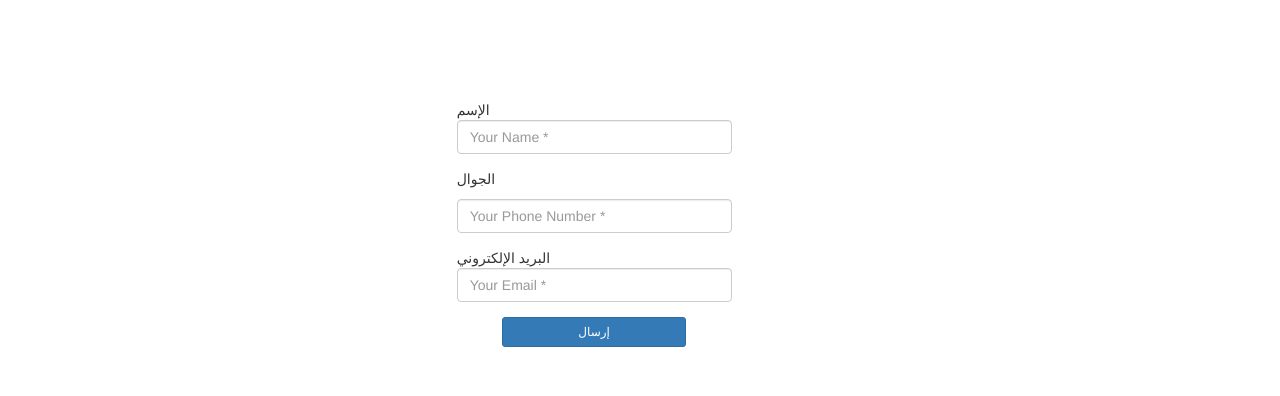
Repository: Abdaljawad-Aya/Itbeep-task
Page: http://localhost/form-user
These files come from the project's save history. The page is drawn as it stood at one moment and after the next save; the edit follows.
The browser window is 1280 px wide. The pictures show the whole page.
The page is served by the project's Laravel application, run on PHP 8.4 with Laravel 8. Other server files are loaded and not shown.

Above is the page before, as saved 2021-03-07 18:55:39.

### singlePageApp/routes/web.php
<?php

use Illuminate\Support\Facades\Route;

/*
|--------------------------------------------------------------------------
| Web Routes
|--------------------------------------------------------------------------
|
| Here is where you can register web routes for your application. These
| routes are loaded by the RouteServiceProvider within a group which
| contains the "web" middleware group. Now create something great!
|
*/

Route::get('/', function () {
    return view('welcome');
});

Route::get('form-user', 'formController@form');
Route::post('form-user', ['as' => 'users.store', 'uses' => 'formController@formSaveData']);

### singlePageApp/app/Http/Controllers/formController.php
<?php

namespace App\Http\Controllers;

use Illuminate\Support\Facades\Mail;

use Illuminate\Http\Request;
use App\Mail\formUser;
use App\form;

class formController extends Controller
{
    /**
     * Show the application
     *
     * @return \Illuminatey\Http\Response
     */

    public function form()
    {
        return view('form-user');
    }

    /**
     * Show the application
     *
     * @return \Illuminatey\Http\Response
     */

    public function formSaveData(Request $request)

    {
        $this->validate($request, [
            'name'   => 'required',
            'email'  => 'required|email',
            'mobile' => 'required',
        ]);

        form::create($request->all());
        Mail::send(
            'form-user',
            array(
                'name'   => $request->get('name'),
                'mobile' => $request->get('mobile'),
                'email'  => $request->get('email'),
            ),
            function ($message) use ($request) {
                $message->from('abdaljawad.ayah94@gmail.com');
                $message->to($request->email, 'Admin')->subject($request->get('subject'));
            }
        );
        return back()->with('success', 'Thanks for contact us!');
    }
}

### singlePageApp/resources/views/form-user.blade.php
<!DOCTYPE html>
<html lang="en">
<head>
    <meta charset="UTF-8">
    <meta name="viewport" content="width=device-width, initial-scale=1.0">
    <meta http-equiv="X-UA-Compatible" content="ie=edge">
    <link rel="stylesheet" href="https://maxcdn.bootstrapcdn.com/bootstrap/3.4.1/css/bootstrap.min.css">

    <script src="https://ajax.googleapis.com/ajax/libs/jquery/3.5.1/jquery.min.js"></script>

    <script src="https://maxcdn.bootstrapcdn.com/bootstrap/3.4.1/js/bootstrap.min.js"></script>
    <link rel="stylesheet" href="../views/css/style.css">
    <title>Form</title>
</head>
<body>
   <div class="container contact-form col-lg-6 col-md-offset-4" style="margin-top:100px;">
     @if (session('status'))
       <div class="alert alert-success">
           {{ session('status')}}
       </div>
    @endif
    @if (session('warning'))
    <div class="alert alert-warning">
        {{session('warning')}}
    </div>
    @endif

    <form method="POST" action ="{{ route('users.store')}}" >
     {{ csrf_field()}}

     <div class="col-md-6">

        {{-- NAME --}}
         <div class="form-group {{ $errors->has('name') ? ' has-error' : '' }}">
                الإسم
            <input type="text" name="name" class="form-control" placeholder="Your Name *" required/>
             @if ($errors->has('name'))
                 <span class="help-block">
                     <strong>
                         {{ $errors->first('name')}}
                     </strong>
                 </span>
             @endif
         </div>


        {{-- MOBILE --}}

        <div class="form-group" {{$errors->has('mobile') ? 'has-error' : ''}}>
            <p>الجوال</p>
         <input type="text" name="mobile" class="form-control" placeholder="Your Phone Number *" required/>

         @if ($errors->has('mobile'))
             <span class="help-block">
                 <strong>
                     {{ $errors->first('mobile')}}
                 </strong>
             </span>
         @endif
        </div>
         {{-- EMAIL --}}
         <div class="form-group" {{$errors->has('email') ? 'has-error' : ''}}>
            البريد الإلكتروني
          <input type="email" name="email" class="form-control" placeholder="Your Email *" required />

            @if ($errors->has('email'))
            <span class="help-block">
                <strong>
                    {{ $errors->first('email')}}
                </strong>
            </span>
            @endif
        </div>

        <div class="form-group">

            <input type="submit" name="btnSubmit" class="btn btn-primary btn-square btn-sm col-lg-8 col-md-offset-2" value="إرسال" data-toggle="modal" data-target="#exampleModal" data-whatever="@getbootstrap">
        </div>
     </div>


     {{-- Popup Start --}}
    <div class="modal fade" id="exampleModal" tabindex="-1" role="dialog" aria-labelledby="exampleModalLabel" aria-hidden="true">
    <div class="modal-dialog" role="document">
        <div class="modal-content">
        <div class="modal-header">
            {{-- <h5 class="modal-title" id="exampleModalLabel">New message</h5> --}}
            <button type="button" class="close" data-dismiss="modal" aria-label="Close">
            <span aria-hidden="true">&times;</span>
            </button>
        </div>
        <div class="modal-body">
            <form>
            <div class="form-group ">
                <p style="text-align: center" >إختر عرض من العروض الاتيه</p>
                <button type="button" style=" background-color:rgb(95, 51, 95); color:#FFF;" class=" btn-square btn-sm col-lg-2 col-md-offset-2"> عرض3</button>
                <button type="button" style=" background-color:rgb(95, 51, 95); color:#FFF;"class="btn-square btn-sm col-lg-2 col-md-offset-1"> عرض2</button>
                <button type="button" style=" background-color:rgb(95, 51, 95); color:#FFF;"class="btn-square btn-sm col-lg-2 col-md-offset-1"> عرض1</button>
                 <br> <br>
                <button type="button"style=" background-color:rgb(95, 51, 95); color:#FFF;" class=" btn-square btn-sm col-lg-8 col-md-offset-2">التالي</button>

            </div>
            </form>
        </div>
        <div class="modal-footer">
            <button type="button" class="btn btn-secondary" data-dismiss="modal">إغلاق</button>

        </div>
        </div>
    </div>
</div>
     {{-- Popup End --}}


</form>
</div>
</body>
</html>

Loaded but not shown: singlePageApp/app/Http/Controllers/Controller.php (common file)

After the next save:
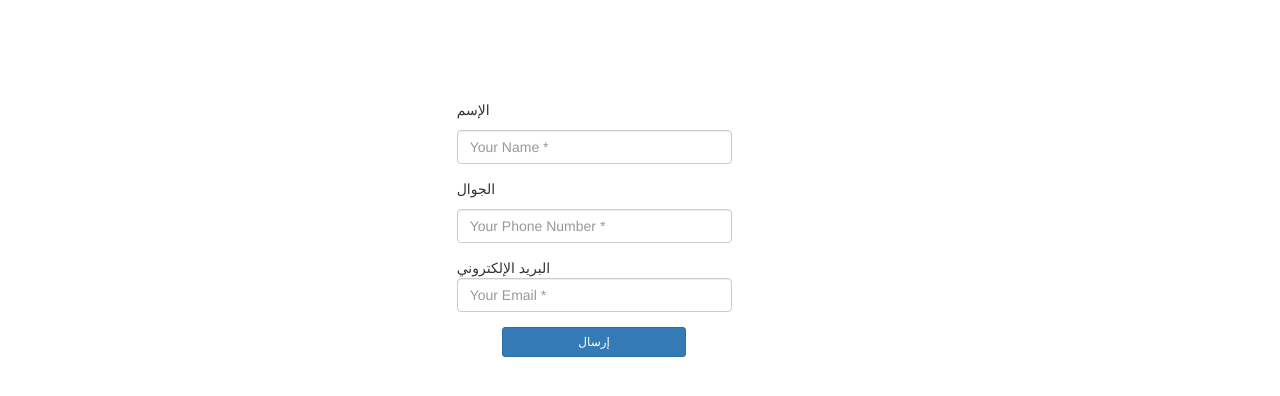
Saved 7 s later.
--- a/singlePageApp/resources/views/form-user.blade.php
+++ b/singlePageApp/resources/views/form-user.blade.php
@@ -32,7 +32,7 @@
 
         {{-- NAME --}}
          <div class="form-group {{ $errors->has('name') ? ' has-error' : '' }}">
-                الإسم
+                <p>الإسم</p>
             <input type="text" name="name" class="form-control" placeholder="Your Name *" required/>
              @if ($errors->has('name'))
                  <span class="help-block">
